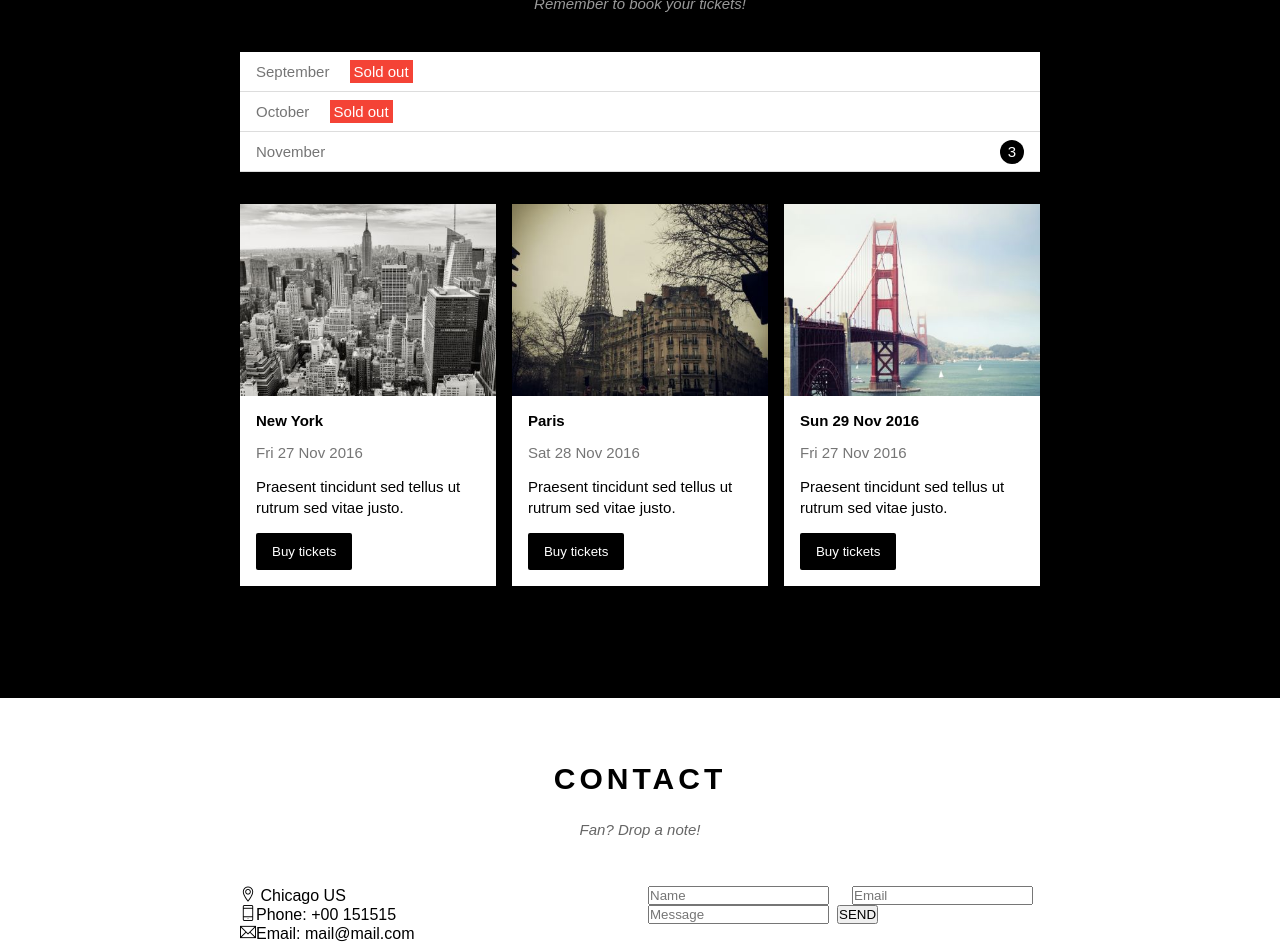
Repository: Phunobita/The-band-w3school
Page: index.html
These files come from the project's save history. The page is drawn as it stood at one moment and after the next save; the edit follows.
The browser window is 1280 px wide. The pictures show the part of the page from y = 1071 to 2023 px (the page is 2021 px tall before and 2023 px after).
A picture or video elsewhere on the page could not be fetched, so the positions and the page height are approximate.

Above is the page before, as saved 2021-12-03 15:53:37.

After the next save:
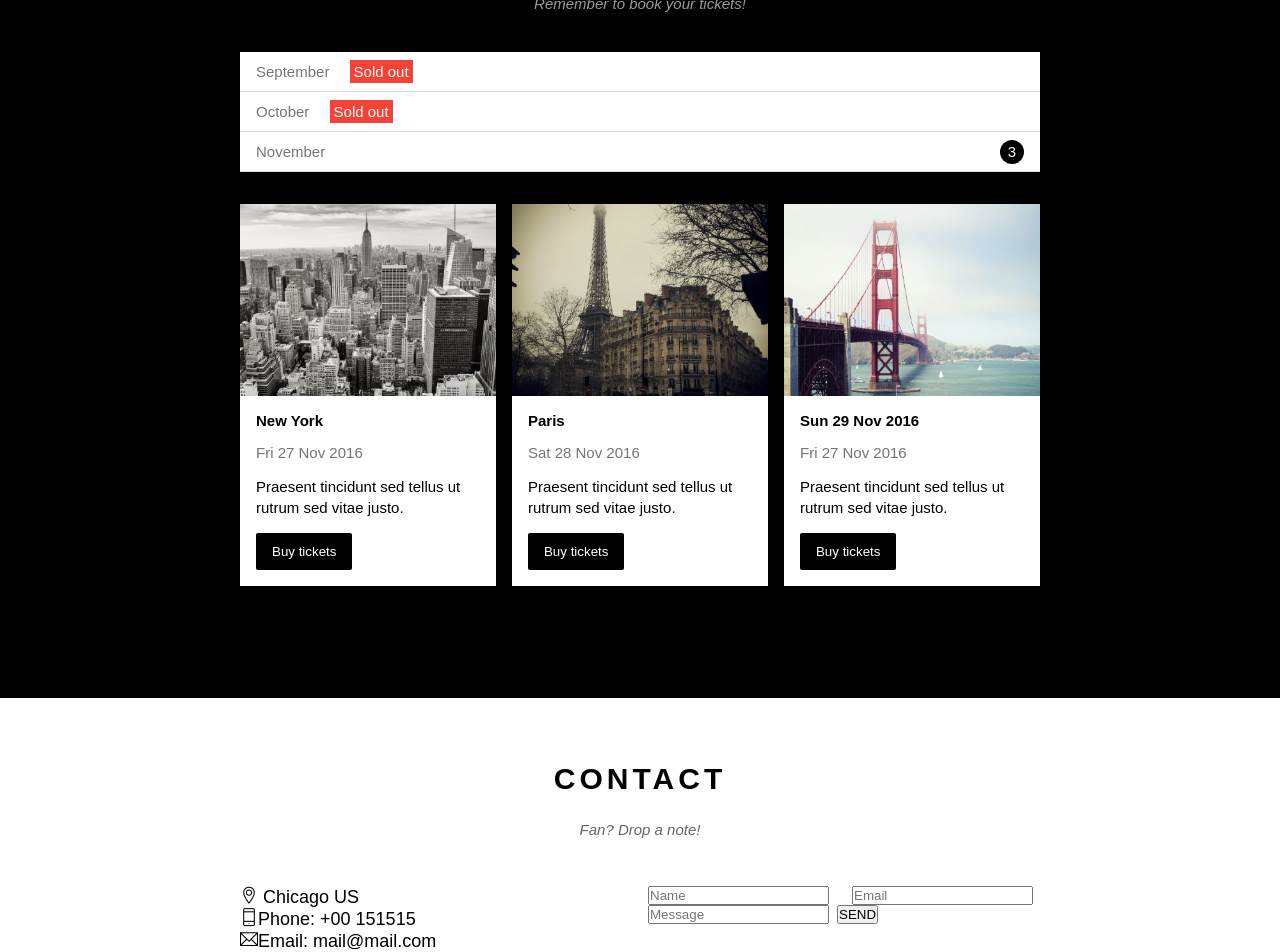
Saved 12 s later.
--- a/assets/css/style.css
+++ b/assets/css/style.css
@@ -339,6 +339,11 @@
 .contact-content {
   margin-top: 48px;
 }
+
+.contact-info {
+  font-size: 18px;
+}
+
 #footer {
 }
 
